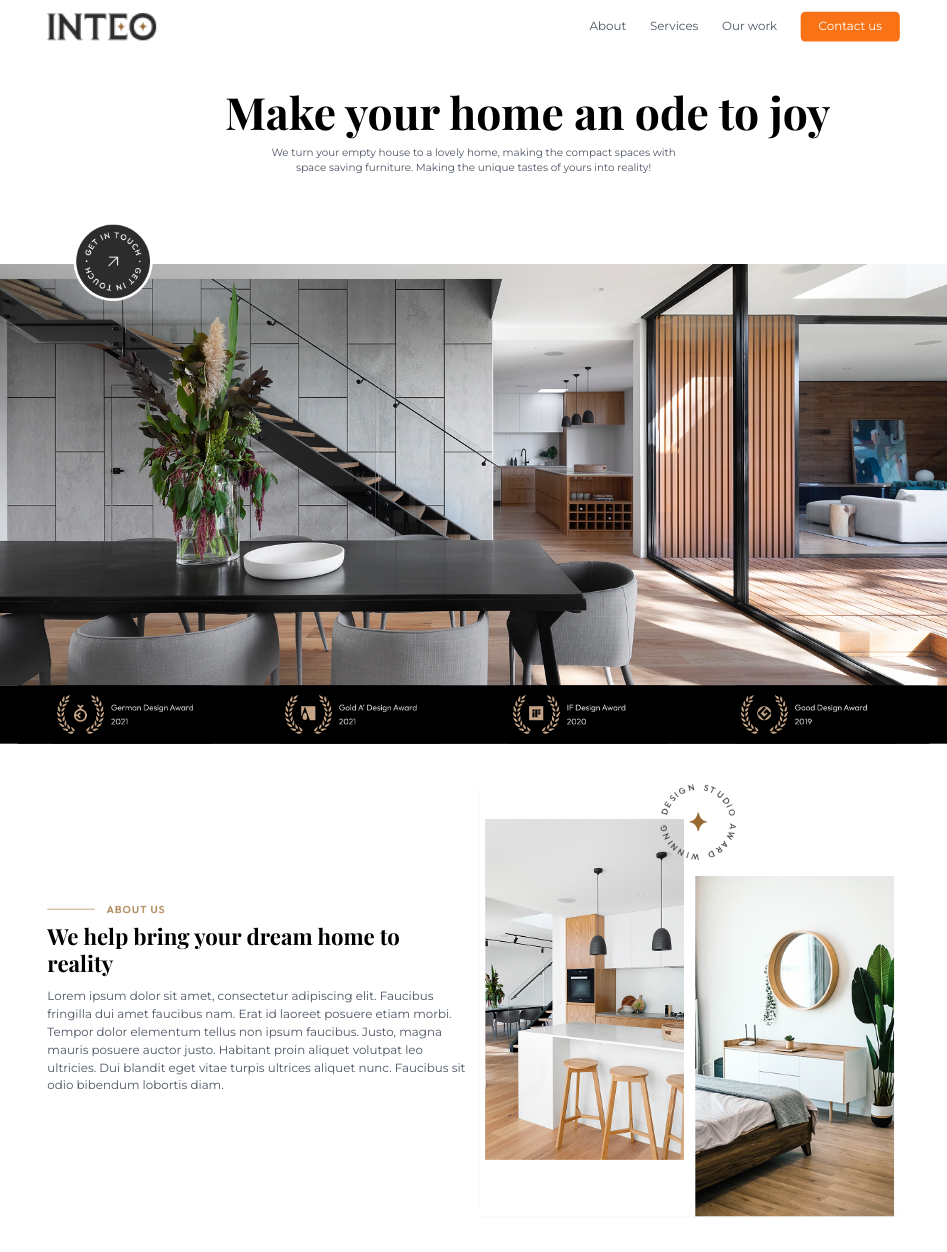
Repository: CatherinneJ/responsive-tailwind-website
Page: tailwind.html
The author's editor kept a copy of each file at every save. The page is drawn from the files as they stood at one save, then again after the next save.
The browser window is 1280 px wide. The pictures show the whole page, at 74% of full size.
Some web libraries are served in a nearby version.

Above is the page before, as saved 2025-05-21 19:32:58.

After the next save:
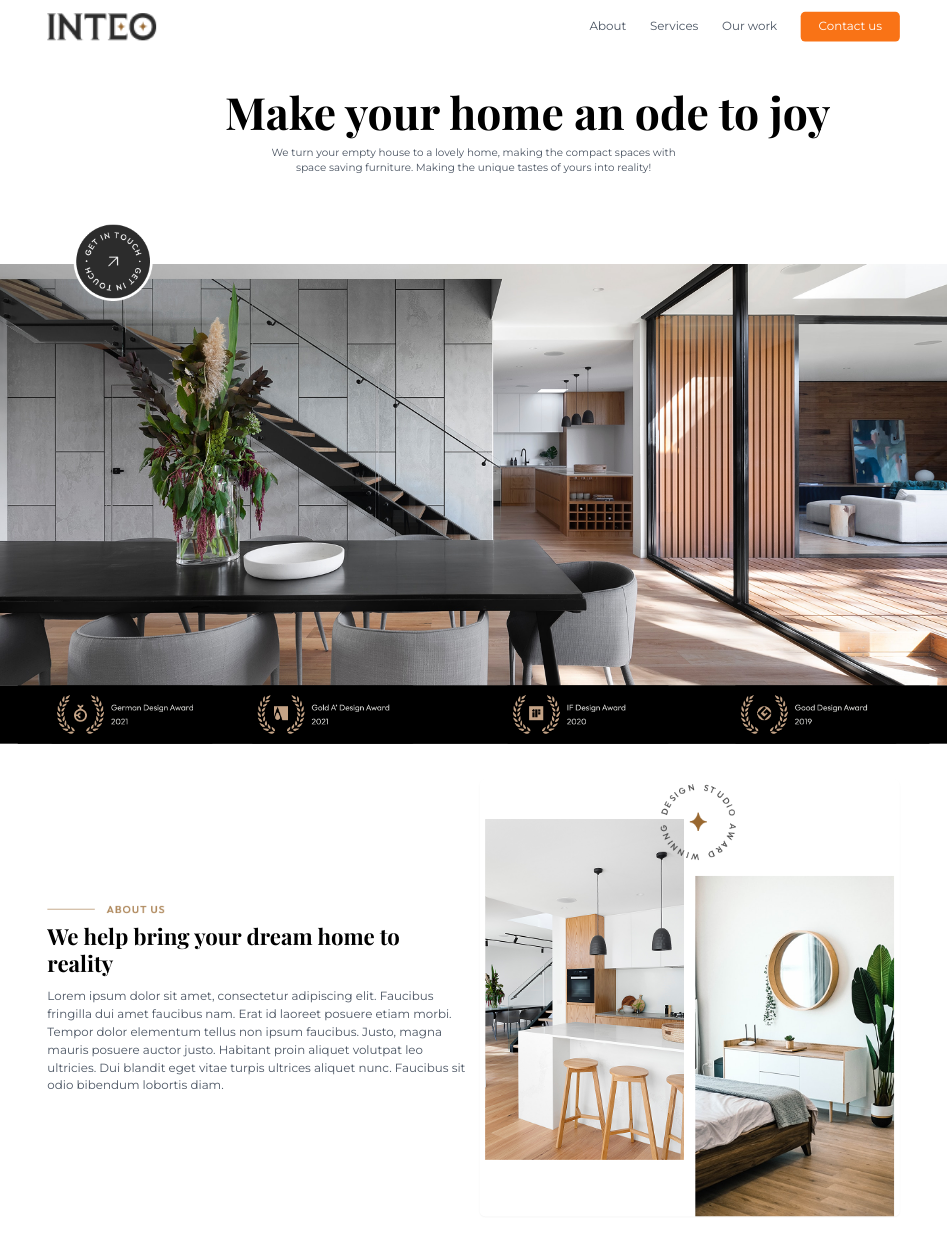
Saved 8 s later.
--- a/tailwind.html
+++ b/tailwind.html
@@ -56,7 +56,7 @@
 
             <img src="./Assets/Awards1.png" class="w-2/3 sm:w-2/3 md:w-3/5 lg:w-3/4 mx-auto bg-black p-2 rounded-sm "
                 alt="award1">
-            <img src="./Assets/Awards 2.png" class="w-2/3 sm:w-2/3 md:w-3/5 lg:w-3/4 mx-auto bg-black p-2 rounded-sm"
+            <img src="./Assets/Awards 2.png" class="w-2/3 sm:w-2/3 md:w-3/5 lg:w-3/4 mx- bg-black p-2 rounded-sm"
                 alt="award2">
             <img src="./Assets/Awards 3.png" class="w-2/3 sm:w-2/3 md:w-3/5 lg:w-3/4 mx-auto bg-black p-2 rounded-sm"
                 alt="award3">

After the save that followed:
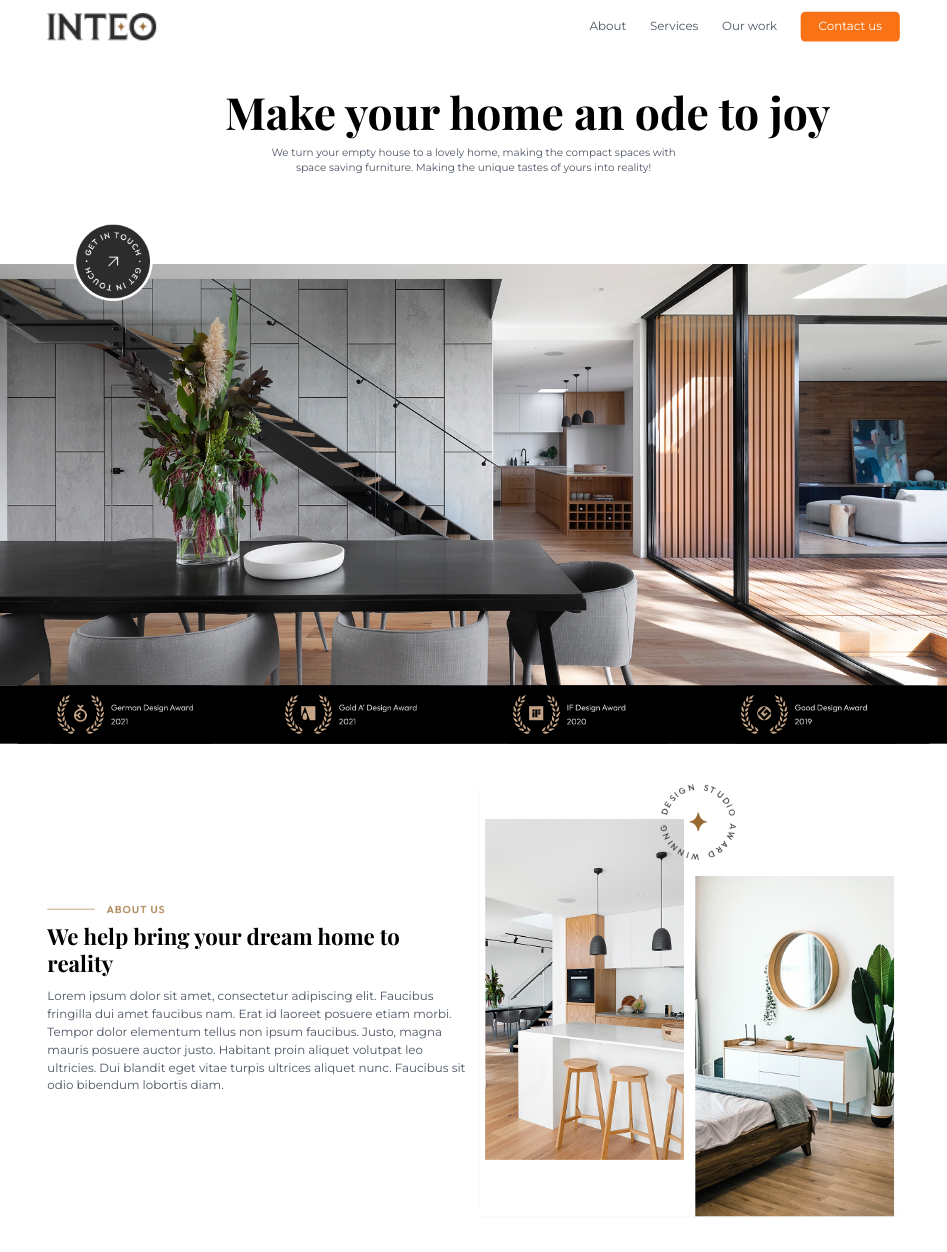
Saved 5 s later.
--- a/tailwind.html
+++ b/tailwind.html
@@ -56,7 +56,7 @@
 
             <img src="./Assets/Awards1.png" class="w-2/3 sm:w-2/3 md:w-3/5 lg:w-3/4 mx-auto bg-black p-2 rounded-sm "
                 alt="award1">
-            <img src="./Assets/Awards 2.png" class="w-2/3 sm:w-2/3 md:w-3/5 lg:w-3/4 mx- bg-black p-2 rounded-sm"
+            <img src="./Assets/Awards 2.png" class="w-2/3 sm:w-2/3 md:w-3/5 lg:w-3/4 mx-auto bg-black p-2 rounded-sm"
                 alt="award2">
             <img src="./Assets/Awards 3.png" class="w-2/3 sm:w-2/3 md:w-3/5 lg:w-3/4 mx-auto bg-black p-2 rounded-sm"
                 alt="award3">
